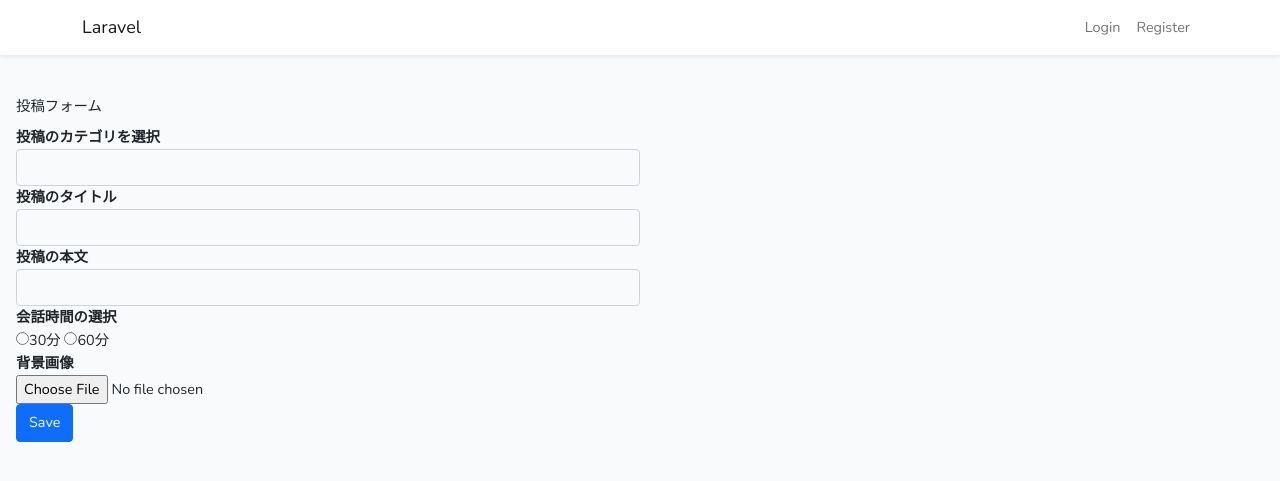
Repository: mmtt83/laravel_myproject
Page: http://localhost/post
The author's editor kept a record of every edit. The page is drawn from the files as they stood at one moment, then again after the next edit.
The browser window is 1280 px wide. The pictures show the whole page.
The page is served by the project's Laravel application, run on PHP 8.4 with Laravel 9. Other server files are loaded and not shown. Queries for data that is not in the repository find no rows.

Above is the page before.

### cms/app/Providers/AppServiceProvider.php
<?php

namespace App\Providers;

use Illuminate\Support\ServiceProvider;
use Illuminate\Routing\UrlGenerator;

class AppServiceProvider extends ServiceProvider
{
    /**
     * Register any application services.
     *
     * @return void
     */
    public function register()
    {
        //
    }

    /**
     * Bootstrap any application services.
     *
     * @return void
     */
    public function boot(UrlGenerator $url)
    {
        $url->forceScheme('https');
    }
}

### cms/routes/web.php
<?php

use Illuminate\Support\Facades\Route;
use App\Models\Post;
use Illuminate\Http\Request;
use App\Http\Controllers\PostsController;
use App\Http\Controllers\ImgController;
/*
|--------------------------------------------------------------------------
| Web Routes
|--------------------------------------------------------------------------
|
| Here is where you can register web routes for your application. These
| routes are loaded by the RouteServiceProvider within a group which
| contains the "web" middleware group. Now create something great!
|
*/

//一覧表示
Route::get('/', [PostsController::class, 'index']);

//登録処理
Route::post('/posts', [PostsController::class, 'store']);

//更新画面
Route::get('/postsedit/{post}',[PostsController::class, 'edit']);

//更新処理
Route::post('posts/update',[PostsController::class, 'update']);

//登録を削除
Route::delete('/post/{post}',[PostsController::class, 'destroy']);

//画像アップロード画面表示
Route::get('/post', [PostsController::class,'index']);

//画像アップロード処理
Route::post('/post/upload',[ImgController::class, 'upload']);

Auth::routes();

Route::get('/home', [App\Http\Controllers\HomeController::class, 'index'])->name('home');

### cms/app/Http/Controllers/PostsController.php
<?php

namespace App\Http\Controllers;

use Illuminate\Http\Request;
use App\Models\Post;
use App\Models\User;
use Auth;
use Validator;
use Illuminate\Support\Str;

class PostsController extends Controller
{
    /**
     * Display a listing of the resource.
     *
     * @return \Illuminate\Http\Response
     */
    //一覧表示
    public function index()
    {
        //全ての投稿を取得
        $posts = Post::get();

        return view('posts',['posts'=>$posts]);
    }

    /**
     * Show the form for creating a new resource.
     *
     * @return \Illuminate\Http\Response
     */
    public function create()
    {
        //
    }

    /**
     * Store a newly created resource in storage.
     *
     * @param  \Illuminate\Http\Request  $request
     * @return \Illuminate\Http\Response
     */
    //登録処理
    public function store(Request $request)
    {
        //バリデーション
        $validator = Validator::make($request->all(), [
            'post_title' => 'required|max:255',
            'post_body' => 'required|max:255',
            ]);
        //バリデーションエラー
        if($validator->fails()){
            return redirect('/')
                ->withInput()
                ->withErrors($validator);
        }

        $file = $request->file('cover_img');
        if(!empty($file)){
            $filename = $file->getClientOriginalName();   //ファイル名を取得
            $move = $file->move('./upload/',$filename); //ファイルを移動
        }else{
            $filename = "";
        }

        //以下に登録処理を記述(Eloquentモデル)
        $posts = new Post;
        $posts->category = $request->category;
        $posts->post_title = $request->post_title;
        $posts->post_body = $request->post_body;
        $posts->select_time = $request->select_time;
        $posts->cover_img = $filename;
        $posts->user_id = Auth::id(); //ここでログインしているユーザーidを登録する
        $posts->save();

        return redirect('/');

    }

    /**
     * Display the specified resource.
     *
     * @param  int  $id
     * @return \Illuminate\Http\Response
     */
    public function show($id)
    {
        //
    }

    /**
     * Show the form for editing the specified resource.
     *
     * @param  int  $id
     * @return \Illuminate\Http\Response
     */
    //更新画面
    public function edit(Post $post)
    {
        return view('postsedit', ['post'=>$post]);
    }

    /**
     * Update the specified resource in storage.
     *
     * @param  \Illuminate\Http\Request  $request
     * @param  int  $id
     * @return \Illuminate\Http\Response
     */
    //更新処理
    public function update(Request $request)
    {
        //バリデーション
        $validator = Validator::make($request->all(),[
            'post_title'=>'required|max:255',
            ]);
        if($validator->fails()){
            return redirect('/')
                ->withInput()
                ->withErrors($validator);
        }
        $file = $request->file('cover_img');
        if(!empty($file)){
            $filename = $file->getClientOriginalName();   //ファイル名を取得
            $move = $file->move('./upload/',$filename); //ファイルを移動
        }else{
            $filename = "";
        }
        //Eloquentモデル
        $posts = Post::find($request->id);
        $posts->category = $request->category;
        $posts->post_title = $request->post_title;
        $posts->post_body = $request->post_body;
        $posts->select_time = $request->select_time;
        $posts->cover_img = $filename;
        $posts->user_id = Auth::id(); //ここでログインしているユーザーidを登録する
        $posts->save();
        return redirect('/');

    }

    /**
     * Remove the specified resource from storage.
     *
     * @param  int  $id
     * @return \Illuminate\Http\Response
     */
    //登録を削除
    public function destroy(Post $post)
    {
        $post->delete();
        return redirect('/');
    }

    //画像をアップロード処理
    public function upload(Request $request){

        //バリデーション
        $validator = $request->validate([
            'img' => 'required|file|image|max:2048',
            ]);

            //画像ファイルの取得
            $file = $request->img;

            //ログインユーザー取得
            $user = Auth::user();

            if(!empty($file)) {
                //ファイルの拡張子取得
                $ext = $file->guessExtension();

                //ファイル名を生成
                $fileName = Str::random(32).'.'.$ext;

                //画像ファイル名を任意のDBに保存
                $user->cover_img=$fileName;
                $user->save();

                //public/uploadフォルダを作成
                $target_path = public_path('/upload/');

                //ファイルをpublic/uploadフォルダに移動
                $file->move($target_path,$fileName);

            }else{
                return redirect('/');
            }
            return redirect('/post');
    }
}

### cms/app/Models/Post.php
<?php

namespace App\Models;

use Illuminate\Database\Eloquent\Factories\HasFactory;
use Illuminate\Database\Eloquent\Model;

class Post extends Model
{
    use HasFactory;

    //Usersテーブルとのリレーション（従テーブル側）
    public function user(){
        return $this->belongsTo('App\Models\User');
    }
}

### cms/resources/views/posts.blade.php
 @extends('layouts.app')
 @section('content')
     <!-- Bootstrapの定形コード… -->
     <div class="card-body">
         <div class="card-title">
             投稿フォーム
         </div>
         <!-- バリデーションエラーの表示に使用-->
     	@include('common.errors')
         <!-- 本登録フォーム -->
         <form action="{{ url('posts') }}" method="POST" enctype="multipart/form-data" class="form-horizontal">
             {{ csrf_field() }}
             <!-- 本のタイトル -->
             <!--投稿のカテゴリ選択-->
                <div class="form-group">
                    <strong>投稿のカテゴリを選択</strong>
                    <div class="col-sm-6">
                        <input type="text" name="category" class="form-control">
                    </div>
                </div>
                <!--投稿のタイトル-->
                <div class="form-group">
                    <strong>投稿のタイトル</strong>
                    <div class="col-sm-6">
                        <input type="text" name="post_title" class="form-control">
                    </div>
                </div>
                <!--投稿の本文-->
                <div class="form-group">
                    <strong>投稿の本文</strong>
                    <div class="col-sm-6">
                        <input type="text" name="post_body" class="form-control">
                    </div>
                </div>
                <!--会話時間-->
                <div class="form-group">
                    <strong>会話時間の選択</strong>
                    <div class="col-sm-6">
                        <input type="radio" name="select_time" value="30">30分</input>
                        <input type="radio" name="select_time" value="60">60分</input>
                    </div>
                </div>
                <!--背景画像-->
                <div class="form-group">
                    <strong>背景画像</strong>
                    <div class="col-sm-6">
                        <div class="form-group">
                            <input type="file" name="cover_img">
                        </div>
                    </div>
                </div>
             <!-- 本 登録ボタン -->
             <div class="form-group">
                 <div class="col-sm-offset-3 col-sm-6">
                     <button type="submit" class="btn btn-primary">
                         Save
                     </button>
                 </div>
             </div>
         </form>
     </div>
     <!-- Book: 既に登録されてる本のリスト -->
     <!-- 現在の本 -->
     @if (count($posts) > 0)
          @foreach($posts as $post)
            <div class="card-body">
                <!--投稿者名の表示-->
                <div>{{$post->user->name}}</div>
                <!--投稿のカテゴリを表示-->
                <div>{{ $post->category }}</div>
                <!--投稿のタイトルを表示-->
                <div>{{ $post->post_title }}</div>
                <!--投稿の本文を表示-->
                <div>{{ $post->post_body }}</div>
                <!--会話時間を表示-->
                <div>{{ $post->select_time }}分</div>
                <!--画像を表示-->
                <div>
                    <img src="/upload/{{ $post->cover_img}}" width="100">
                </div>
                <!--登録編集ボタン-->
                <form action="{{ url('postsedit/'.$post->id) }}" method="GET">
                    {{ csrf_field() }}
                    <button type="submit" class="btn btn-primary">
                        更新
                    </button>
                </form>
                <!--登録削除ボタン-->
                <form action="{{ url( 'post/'.$post->id )}}" method="POST">
                    {{ csrf_field() }}
                    {{ method_field('DELETE')}}
                    <button type="submit" class="btn btn-danger">
                        削除
                    </button>
                </form>
            </div>
        @endforeach
    @endif
 @endsection

### cms/resources/views/common/errors.blade.php
 @if (count($errors) > 0)
     <!-- Form Error List -->
     <div class="alert alert-danger">
         <div><strong>入力した文字を修正してください。</strong></div>
         <div>
             <ul>
             @foreach ($errors->all() as $error)
                 <li>{{ $error }}</li>
             @endforeach
             </ul>
         </div>
     </div>
 @endif

Loaded but not shown: cms/app/Http/Controllers/Auth/ConfirmPasswordController.php (common file); cms/app/Http/Controllers/Controller.php (common file); cms/resources/views/layouts/app.blade.php (common file); cms/lang/en.json (common file); cms/public/css/app.css (library)

After the next edit:
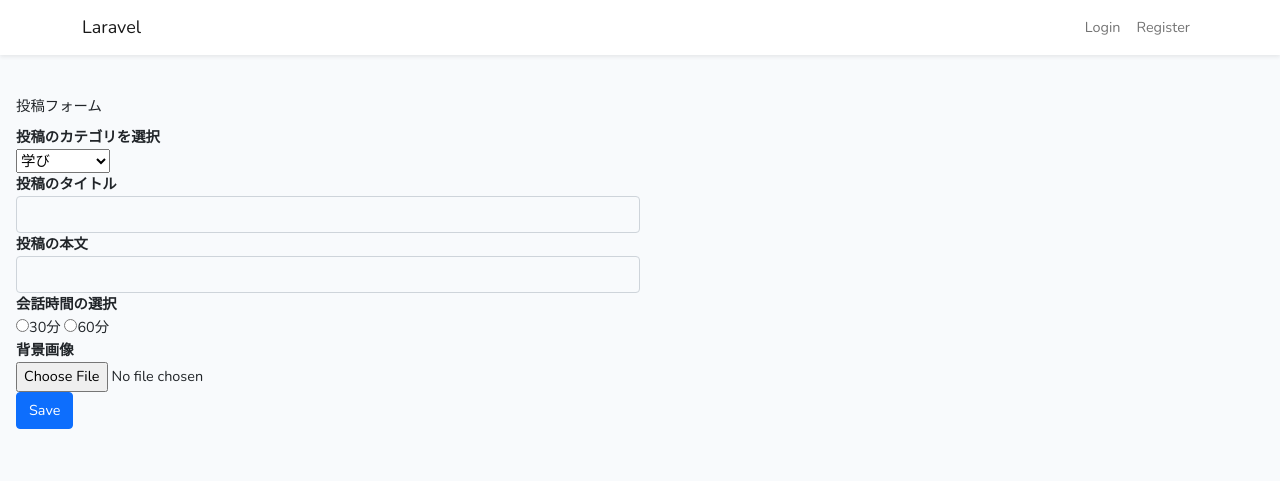
The edit:
--- a/cms/resources/views/posts.blade.php
+++ b/cms/resources/views/posts.blade.php
@@ -15,7 +15,22 @@
                 <div class="form-group">
                     <strong>投稿のカテゴリを選択</strong>
                     <div class="col-sm-6">
-                        <input type="text" name="category" class="form-control">
+                        <select name="category">
+                            <option value="0">学び</option>
+                            <option value="1">仕事</option>
+                            <option value="2">就職</option>
+                            <option value="3">転職</option>
+                            <option value="4">婚活</option>
+                            <option value="5">結婚</option>
+                            <option value="6">妊娠</option>
+                            <option value="7">出産</option>
+                            <option value="8">離婚</option>
+                            <option value="9">住宅購入</option>
+                            <option value="10">リフォーム</option>
+                            <option value="11">副業</option>
+                            <option value="12">投資</option>
+                            <option value="13">趣味</option>
+                    </select>
                     </div>
                 </div>
                 <!--投稿のタイトル-->
